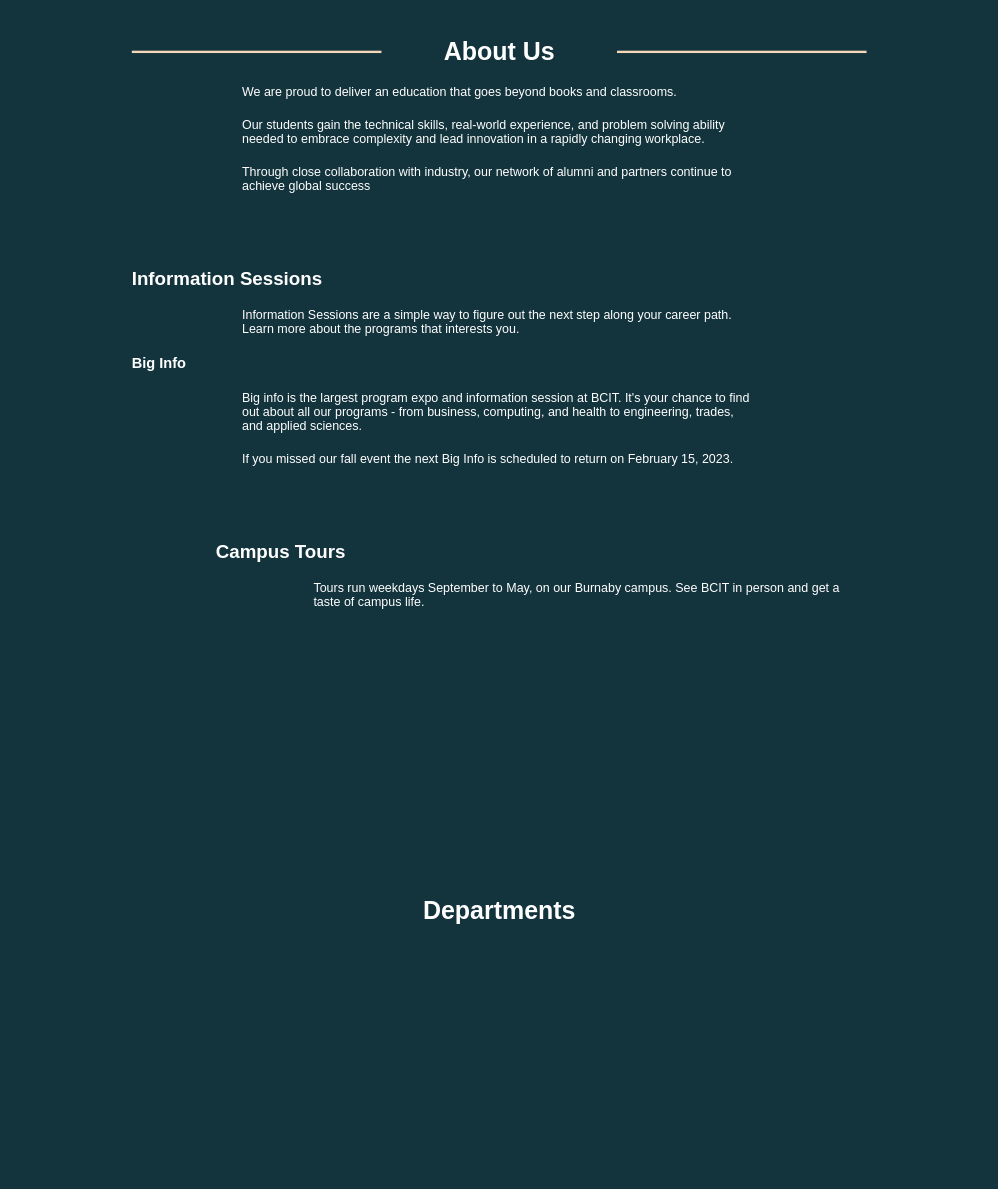
Repository: jennydmcm/assignment-1-playwright-site-A01338943
Page: /about
An editor plug-in stored every save of this project. The page is shown before and after the next save, followed by the edit.
The browser window is 1280 px wide. The pictures show the whole page, at 78% of full size.
The project was rebuilt for these pictures with package versions that can differ from the ones it lists, and the page was loaded fresh each time. The framework's server and built-in components were replaced by stand-ins that run in the browser. Also part of the build but not shown: next.config.js.

Above is the page before, as saved 2023-02-08 13:41:01.

After the next save:
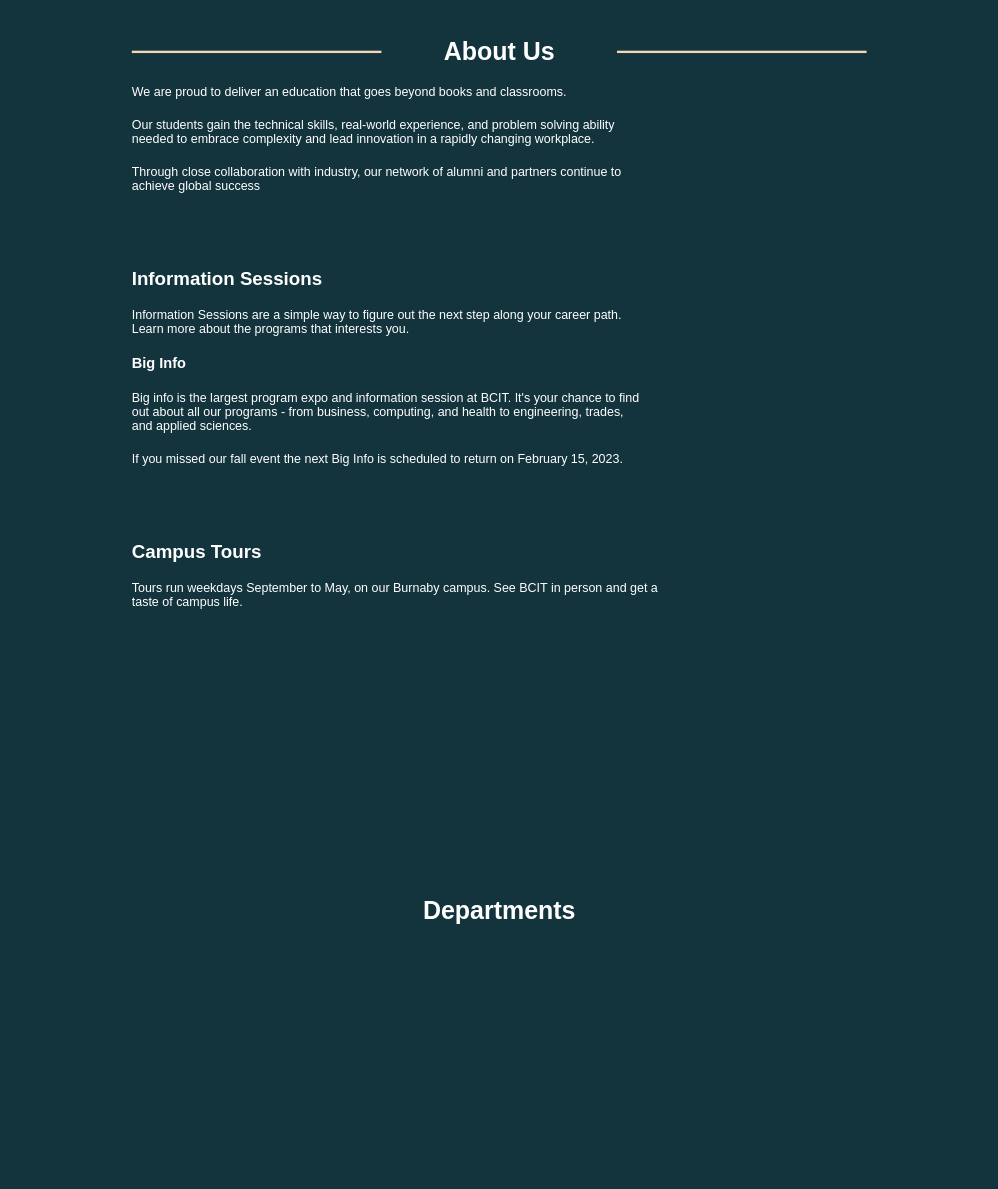
Saved 10 s later.
--- a/styles/About.module.css
+++ b/styles/About.module.css
@@ -33,7 +33,6 @@
     flex-direction: column;
     padding: 3rem;
     padding-bottom: 3rem;
-    padding-left: 15%;
 
 }
 
@@ -43,7 +42,6 @@
     padding-top: 20rem;
     padding-bottom: 20rem;
     align-items: center;
-
 
 
 }
@@ -58,7 +56,7 @@
 
 .mainText{
     padding-top: 1.5rem;
-    padding-left: 15%;
+
 
 }
 
